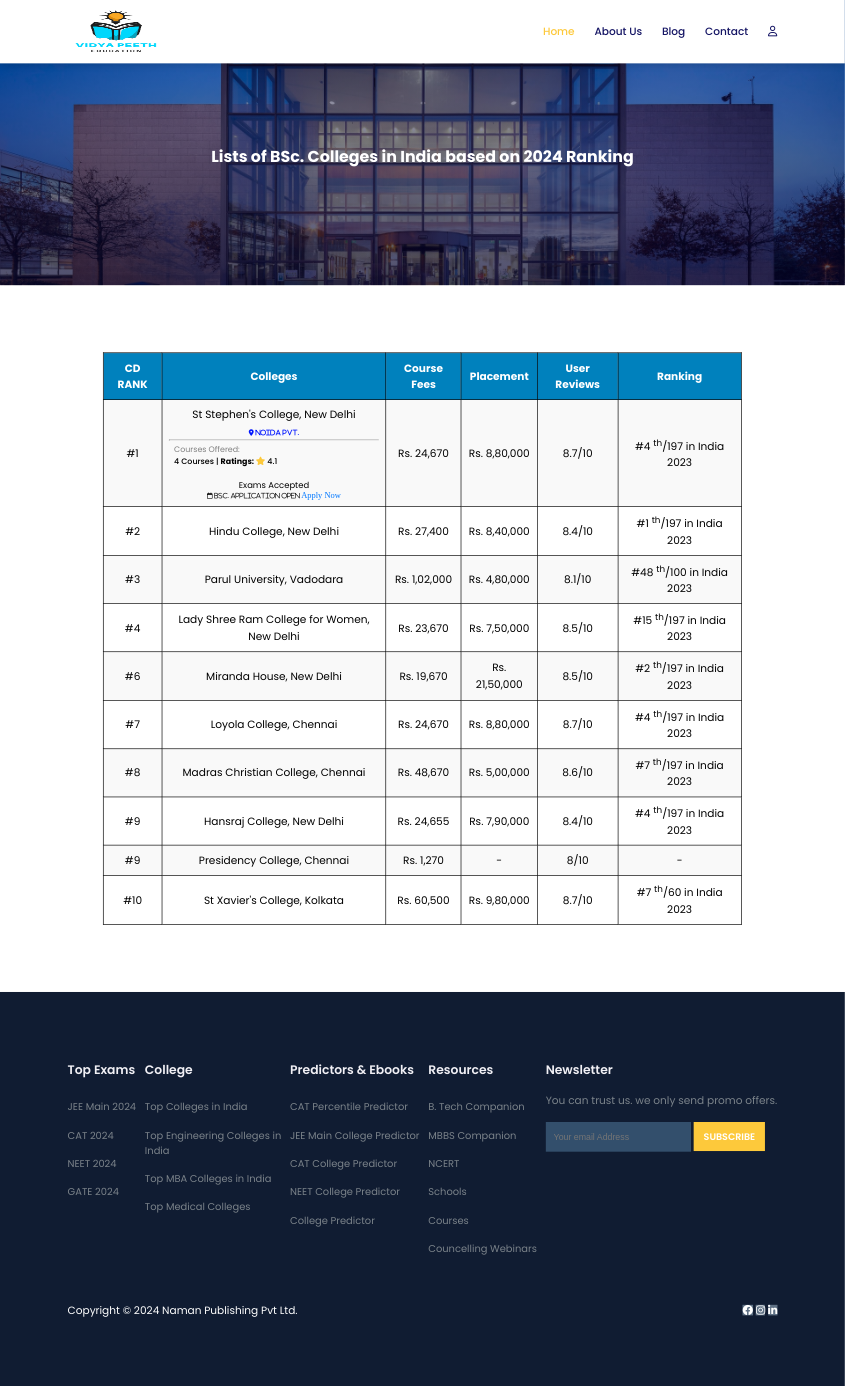
Repository: NamanSahu09/VidyaPreet-Ed-Tech-Website
Page: bsc.html
The author's editor kept a copy of each file at every save. The page is drawn from the files as they stood at one save, then again after the next save.
The browser window is 1280 px wide. The pictures show the whole page, at 66% of full size.
Some web libraries are served in a nearby version.

Above is the page before, as saved 2024-04-12 13:10:22.

After the next save:
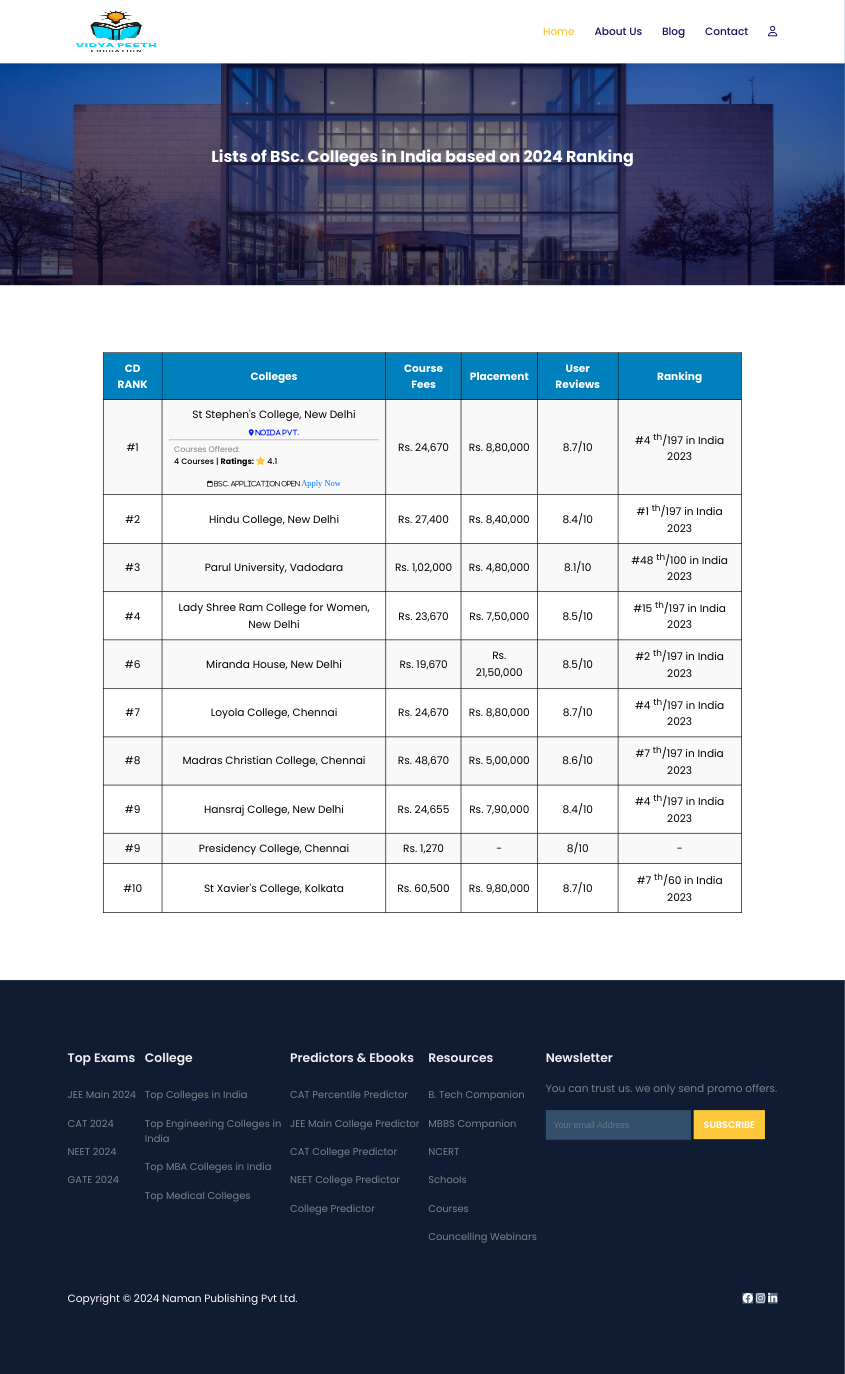
Saved 13 s later.
--- a/bsc.html
+++ b/bsc.html
@@ -149,9 +149,7 @@
 	</p>
 <br>
 
-<div class="right">
-	<p>Exams Accepted</p>
-</div>
+
 
 
 
